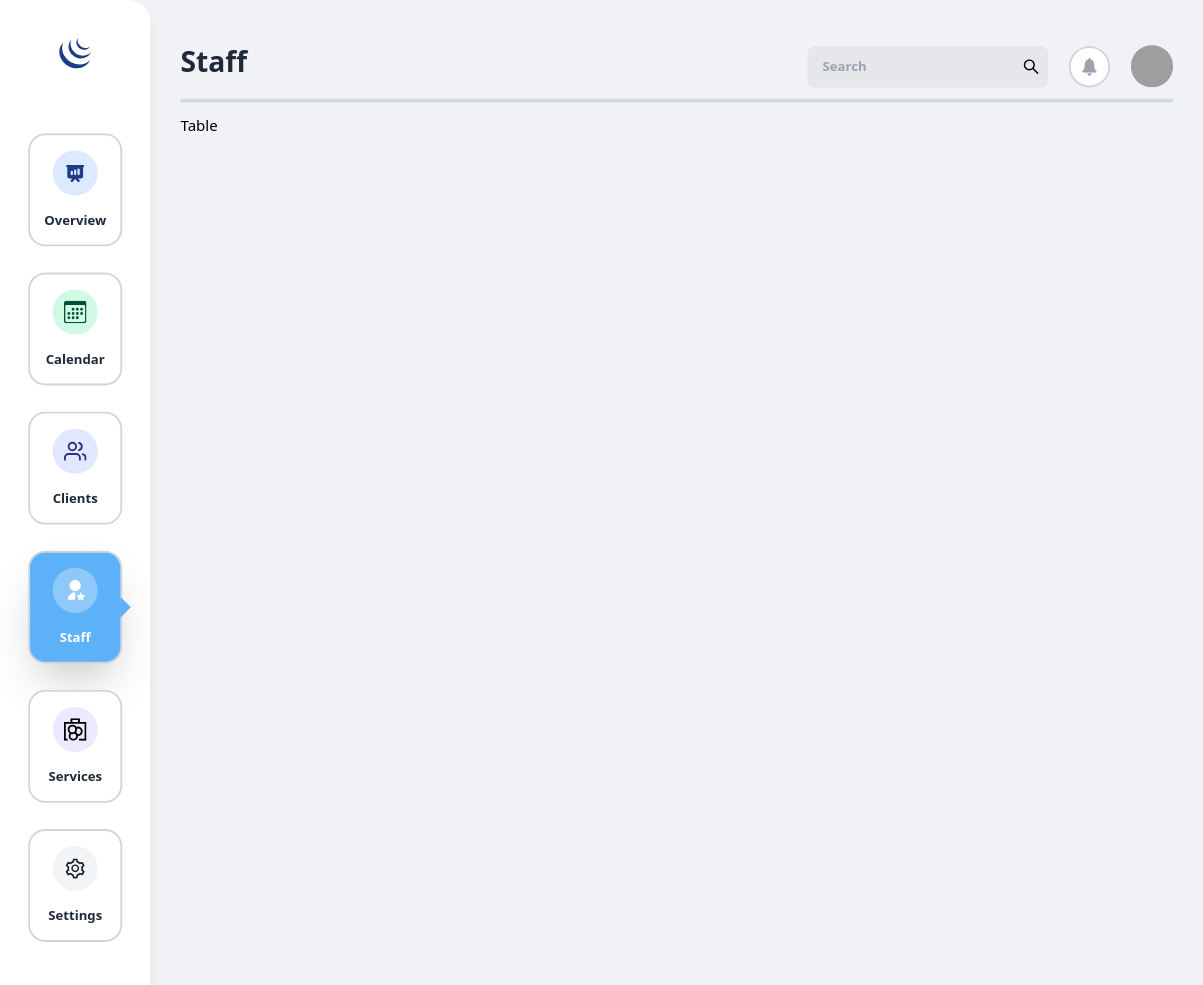
Repository: coolronts/dashboard
Page: /staff
The author's editor kept a copy of each file at every save. The page is drawn from the files as they stood at one save, then again after the next save.
The browser window is 1280 px wide. The pictures show the whole page, at 94% of full size.
Pictures or frames that could not be fetched are drawn as grey boxes. The project was rebuilt for these pictures with package versions that can differ from the ones it lists, and the page was loaded fresh each time. Also part of the build but not shown: craco.config.js, src/Components/Card/index.tsx, src/Components/Tags/index.tsx, src/Utils/avatar.ts, src/api/Profile.ts, src/Units/Client/Profile/index.tsx, src/Units/Client/index.ts, src/Units/Client/Section/Left/index.tsx and 30 more.

Above is the page before, as saved 2021-11-29 10:14:04.

### src/index.tsx
import './index.css';

import App from './App';
import React from 'react';
import ReactDOM from 'react-dom';

ReactDOM.render(
  <React.StrictMode>
    <App />
  </React.StrictMode>,
  document.getElementById('root')
);

### src/App.tsx
import "./App.css";

import { BrowserRouter, Route, Routes } from "react-router-dom";
import { Client, Overview, Staff } from "./Pages";

import { LeftDrawer } from "./Units/Shared";
import { SectionHeader } from "./Units/Shared";

function App() {
  const styles = {
    leftDrawer: "bg-white px-8 rounded-tr-3xl py-8 w-42 shadow-lg",
  };
  return (
    <BrowserRouter>
      <div className="App flex">
        <div className={styles.leftDrawer}>
          <LeftDrawer />
        </div>
        <div className="w-full mx-8">
          <SectionHeader />
          <Routes>
            <Route path="/" element={<Overview />} />
            <Route path="/overview" element={<Overview />} />
            <Route path="/clients" element={<Client />} />
            <Route path="/staff" element={<Staff />} />
          </Routes>
        </div>
      </div>
    </BrowserRouter>
  );
}

export default App;

### src/App.css
* {
    margin: 0;
    padding: 0;
}

.App {
    background-color: #F0F2F5;
}

### src/Pages/index.tsx
import Client from "./Client";
import Overview from "./Overview";
import Staff from "./Staff";

export { Overview, Client, Staff };

### src/Units/Shared/index.tsx
import LeftDrawer from './LeftDrawer'
import SectionHeader from './SectionHeader'

export {SectionHeader, LeftDrawer}

### src/Pages/Staff/index.tsx
import Table from "../../Components/Table";

const Staff: React.FC = () => {
  return (
    <div>
      <Table
        isHeader={true}
        headings={["booked", "done", "cancelled", "booked", "done"]}
      />
    </div>
  );
};
export default Staff;

### src/Units/Shared/LeftDrawer/index.tsx
import {
  Calendar,
  Clients,
  Overview,
  Services,
  Settings,
  Staff,
} from "../../../Components/Icons";

import { CompanyLogo } from "../../../Components/Icons";
import Logo from "../../../Components/Logo";

const LeftDrawer: React.FC = () => {
  const styles = {
    CompanyLogo: "text-5xl text-blue-900 w-full mb-12",
    menu: "flex flex-col justify-between bg-blue.primary",
  };
  const icons = [
    { Icon: <Overview />, name: "overview", color: "blue" },
    { Icon: <Calendar />, name: "calendar", color: "green" },
    { Icon: <Clients />, name: "clients", color: "indigo" },
    { Icon: <Staff />, name: "staff", color: "red" },
    { Icon: <Services />, name: "services", color: "purple" },
    { Icon: <Settings />, name: "settings", color: "gray" },
  ];

  return (
    <div className="m-auto">
      <CompanyLogo className={styles.CompanyLogo} />
      <div className={styles.menu}>
        {icons.map((icon) => (
          <Logo
            Icon={icon.Icon}
            name={icon.name}
            color={icon.color}
            key={icon.name}
          />
        ))}
      </div>
    </div>
  );
};

export default LeftDrawer;

### src/Units/Shared/SectionHeader/index.tsx
import { useEffect, useState } from "react";

import Avatar from "../../../Components/Avatar";
import { Notifications } from "../../../Components/Icons";
import { RoundIcon } from "../../../Components/Buttons";
import { SearchBox } from "../../../Components/InputBox";
import { useLocation } from "react-router-dom";

const SectionHeader: React.FC = () => {
  const styles = {
    body: "flex justify-between mt-12",
    heading: "text-3xl text-gray-800 font-bold capitalize",
    leftComponent: "flex items-center justify-around",
  };
  const location = useLocation();

  const [header, setHeader] = useState<string>("");

  useEffect(() => {
    setHeader(location.pathname.substr(1, location.pathname.length));
  }, [location]);

  return (
    <>
      <div className={styles.body}>
        <h1 className={styles.heading}>{header}</h1>
        <div className={styles.leftComponent}>
          <SearchBox />
          <RoundIcon Icon={<Notifications />} />
          <Avatar />
        </div>
      </div>
      <hr className="bg-gray-300 h-1 my-3" />
    </>
  );
};

export default SectionHeader;

### src/Components/Table/index.tsx
interface TableProps {
  isHeader?: boolean;
  headings?: string[];
  data?: any[];
}
const Table: React.FC<TableProps> = ({ isHeader = false, headings, data }) => {
  const styles = {
    header: "flex justify-between bg-gray-100 py-4 rounded-t-2xl mt-6",
    row: `flex text-sm items-center justify-between font-semibold font-sans tracking-tight py-3`,
  };

  return (
    <div>
      <h1>Table</h1>
    </div>
  );
};

export default Table;

### src/Components/Icons/index.tsx
import { BsArrowDownShort, BsCalendar3 } from "react-icons/bs";

import { AiOutlineSearch } from "react-icons/ai";
import { AiOutlineSetting } from "react-icons/ai";
import { BiDownload } from "react-icons/bi";
import { BiShowAlt } from "react-icons/bi";
import { DiJqueryLogo } from "react-icons/di";
import { FiArrowUpRight } from "react-icons/fi";
import { FiUsers } from "react-icons/fi";
import { GrBusinessService } from "react-icons/gr";
import { HiPresentationChartBar } from "react-icons/hi";
import { ImArrowRight } from "react-icons/im";
import { IoIosNotifications } from "react-icons/io";
import { RiUserStarFill } from "react-icons/ri";

export {
  HiPresentationChartBar as Overview,
  BsCalendar3 as Calendar,
  FiUsers as Clients,
  RiUserStarFill as Staff,
  GrBusinessService as Services,
  AiOutlineSetting as Settings,
  ImArrowRight as ArrowRight,
  DiJqueryLogo as CompanyLogo,
  AiOutlineSearch as Search,
  IoIosNotifications as Notifications,
  FiArrowUpRight as ArrowUpRight,
  BsArrowDownShort as ArrowDown,
  BiShowAlt as Show,
  BiDownload as Download,
};

### src/Components/Logo/index.tsx
import { useEffect, useState } from "react";

import { ArrowRight } from "../Icons";
import { Link } from "react-router-dom";
import { useLocation } from "react-router-dom";

interface IconProps {
  Icon: React.ReactNode;
  name: string;
  color: string;
}

const Logo: React.FC<IconProps> = ({ Icon, name, color }) => {
  const location = useLocation();
  const [active, setActive] = useState<string>("");

  useEffect(() => {
    setActive(location.pathname.substr(1, location.pathname.length));
    console.log(active, name);
    console.log(color);
  }, [location, active, name, color]);

  const styles = {
    body: `${
      active === name ? "bg-blue-primary shadow-2xl" : "bg-white"
    } relative group my-4 text-2xl px-12 py-4 bg-white ring-2 ring-gray-300 w-20 rounded-2xl flex flex-col items-center justify-around hover:bg-blue-primary hover:shadow-2xl cursor-pointer `,
    name: `${
      active === name ? "text-white" : "text-gray-800"
    } group-hover:text-white capitalize text-sm font-semibold mt-4`,
    icon: `${
      active === name
        ? "bg-blue-primary text-white"
        : `bg-${color}-100 text-${color}-900`
    } rounded-full p-3 group-hover:bg-blue-primary group-hover:text-white`,
    arrowRight: `${
      active === name ? "text-blue-primary" : "text-transparent"
    } absolute -right-3 text-transparent`,
    overlay: `${
      active === name ? "opacity-30 " : "opacity-0"
    } absolute bg-white w-12 h-12 rounded-full top-4 group-hover:opacity-30`,
  };

  return (
    <Link to={`/${name}`}>
      <div className={styles.body}>
        <div className={styles.overlay} />
        <div className={styles.icon}> {Icon} </div>
        <p className={styles.name}> {name} </p>
        <ArrowRight className={styles.arrowRight} />
      </div>
    </Link>
  );
};

export default Logo;

### src/Components/Avatar/index.tsx
interface AvatarProps {
  img?: string;
  radius?: number;
}
const imgLink="https://images.unsplash.com/photo-1472099645785-5658abf4ff4e?ixlib=rb-1.2.1&ixid=eyJhcHBfaWQiOjEyMDd9&auto=format&fit=facearea&facepad=2&w=256&h=256&q=80"

const Avatar: React.FC<AvatarProps> = ({ img = imgLink, radius =45 }) => {
  const styles = {
    avatar:`inline-block rounded-full cursor-pointer`
  }
  return (
    <div>
      <img
        style={{width:radius, height:radius}}
        className={styles.avatar}
        src={img}
        alt="avatar"
      />
    </div>
  )
}

export default Avatar

### src/Components/Buttons/index.tsx
interface RoundIconButtonProps {
  Icon: React.ReactNode;
}

const RoundIcon: React.FC<RoundIconButtonProps> = ({ Icon }) => {
  const styles = {
    icon: "ring-2 flex items-center justify-center ring-gray-300 text-2xl w-10 h-10 font-bold p-2 bg-white rounded-full mx-6 shadow text-gray-400 cursor-pointer hover:shadow-2xl",
  };
  return (
    <div className={styles.icon}>
      <div className="m-auto">{Icon}</div>
    </div>
  );
};

interface PrimaryProps {
  name: string;
}

const Primary: React.FC<PrimaryProps> = ({ name }) => {
  const styles = {
    body: "text-center font-semibold w-64 py-3 bg-blue-500 rounded-xl mx-6 shadow text-white cursor-pointer hover:shadow-2xl",
    name: " ",
  };
  return (
    <div className={styles.body}>
      <p className={styles.name}>{name}</p>
    </div>
  );
};

export { Primary, RoundIcon };

### src/Components/InputBox/index.tsx
import {Search} from '../Icons'

const SearchBox: React.FC = () => {
  const styles = {
    body: "relative",
    textBox: "bg-gray-200 w-64 rounded-lg py-3 px-4 font-semibold text-sm focus:ring-2 ring-gray-600 outline-none",
    searchIcon: "absolute right-2 top-3 text-xl"
  }

  return (
    <div className={styles.body}>
      <input className={styles.textBox} type="text" placeholder="Search" />
      <Search className={styles.searchIcon}/>
    </div>
  )
}

interface dataProps{
  label: string,
  text: string,
}

const DisabledInputWithLabel: React.FC<dataProps> = ({ label, text }) => {
  const styles = {
    body: "bg-gray-200 w-full rounded-2xl py-3 px-4 font-semibold text-sm focus:ring-2 ring-gray-600 outline-none",
    label: "text-gray-500 capitalize",
    searchIcon: "absolute right-2 top-3 text-xl"
  }

  return (
    <div className={styles.body}>
      <p className={styles.label}>{label}</p>
      <p > {text}</p>
    </div>
  )
}

export {DisabledInputWithLabel, SearchBox}

### tailwind.config.js
module.exports = {
    purge: ["./src/**/*.{js,jsx,ts,tsx}", "./public/index.html"],
    darkMode: false, // or 'media' or 'class'
    theme: {
        extend: {
            colors: {
                blue: {
                    primary: "#5DB1F8",
                    secondary: "#38A3FF",
                    tertiary: "#1D90F3",
                },
            },
        },
    },
    variants: {
        extend: {},
    },
    plugins: [],
};

Loaded but not shown: public/index.html (common file); src/index.css (common file)

After the next save:
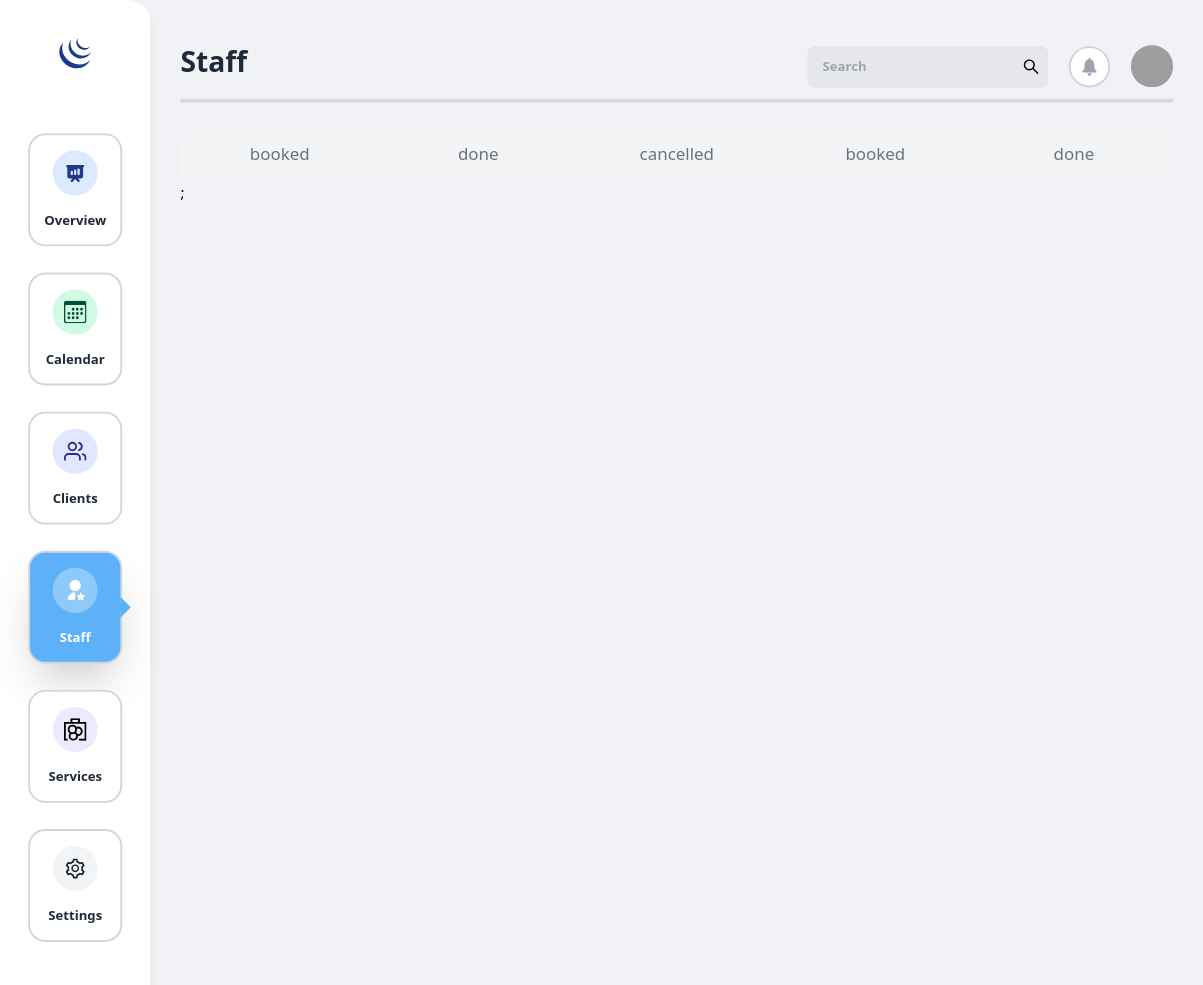
Saved 21 s later.
--- a/src/Components/Table/index.tsx
+++ b/src/Components/Table/index.tsx
@@ -11,7 +11,14 @@ const Table: React.FC<TableProps> = ({ isHeader = false, headings, data }) => {
 
   return (
     <div>
-      <h1>Table</h1>
+      <div className={styles.header}>
+        {headings.map((item, i) => (
+          <div className="w-1/5 text-center" key={i}>
+            <p className="text-lg text-gray-500">{item}</p>
+          </div>
+        ))}
+      </div>
+      ;
     </div>
   );
 };
